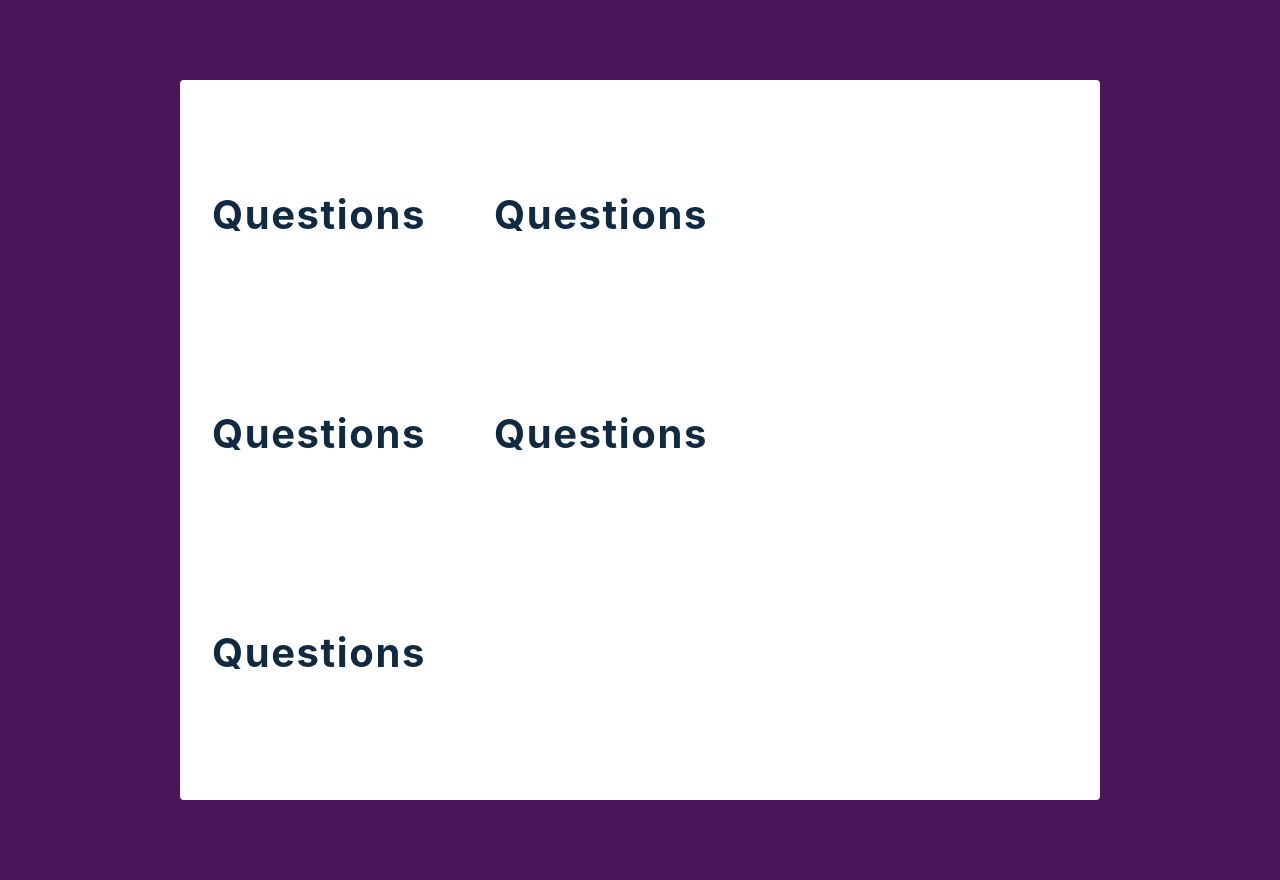
Repository: Reghanoid/Accordion
Page: /
These files come from the project's save history. The page is drawn as it stood at one moment and after the next save; the edit follows.
The browser window is 1280 px wide. The pictures show the whole page.
The project was rebuilt for these pictures with package versions that can differ from the ones it lists, and the page was loaded fresh each time.

Above is the page before, as saved 2022-06-06 15:31:37.

### src/App.js
import React, { useState } from 'react'
import data from './data'
import SingleQuestion from './Question'
function App() {
  const question = data.map((datum) => {
    const { key, title, info } = datum
    return <SingleQuestion id={key} title={title} info={info} />
  })
  return <main className='container'>{question}</main>
}

export default App

### src/data.js
const questions = [
  {
    id: 1,
    title: 'Do I have to allow the use of cookies?',
    info:
      'Unicorn vinyl poutine brooklyn, next level direct trade iceland. Shaman copper mug church-key coloring book, whatever poutine normcore fixie cred kickstarter post-ironic street art.',
  },
  {
    id: 2,
    title: 'How do I change my My Page password?',
    info:
      'Coloring book forage photo booth gentrify lumbersexual. Migas chillwave poutine synth shoreditch, enamel pin thundercats fashion axe roof party polaroid chartreuse.',
  },
  {
    id: 3,
    title: 'What is BankID?',
    info:
      'Enamel pin fam sustainable woke whatever venmo. Authentic asymmetrical put a bird on it, lumbersexual activated charcoal kinfolk banjo cred pickled sartorial.',
  },
  {
    id: 4,
    title: 'Whose birth number can I use?',
    info:
      'Edison bulb direct trade gentrify beard lo-fi seitan sustainable roof party franzen occupy squid. Knausgaard cronut succulents, scenester readymade shabby chic lyft. Copper mug meh vegan gentrify.',
  },
  {
    id: 5,
    title: 'When do I recieve a password ordered by letter?',
    info:
      'Locavore franzen fashion axe live-edge neutra irony synth af tilde shabby chic man braid chillwave waistcoat copper mug messenger bag. Banjo snackwave blog, microdosing thundercats migas vaporware viral lo-fi seitan ',
  },
]
export default questions

### src/Question.js
import React, { useState } from 'react'
import { AiOutlineMinus, AiOutlinePlus } from 'react-icons/ai'
const Question = (props) => {
  const [expand, setExpand] = useState(false)

  return (
    <>
      <h2>Questions</h2>
    </>
  )
}

export default Question

Loaded but not shown: public/index.html (common file); src/index.js (common file); src/index.css (common file)

After the next save:
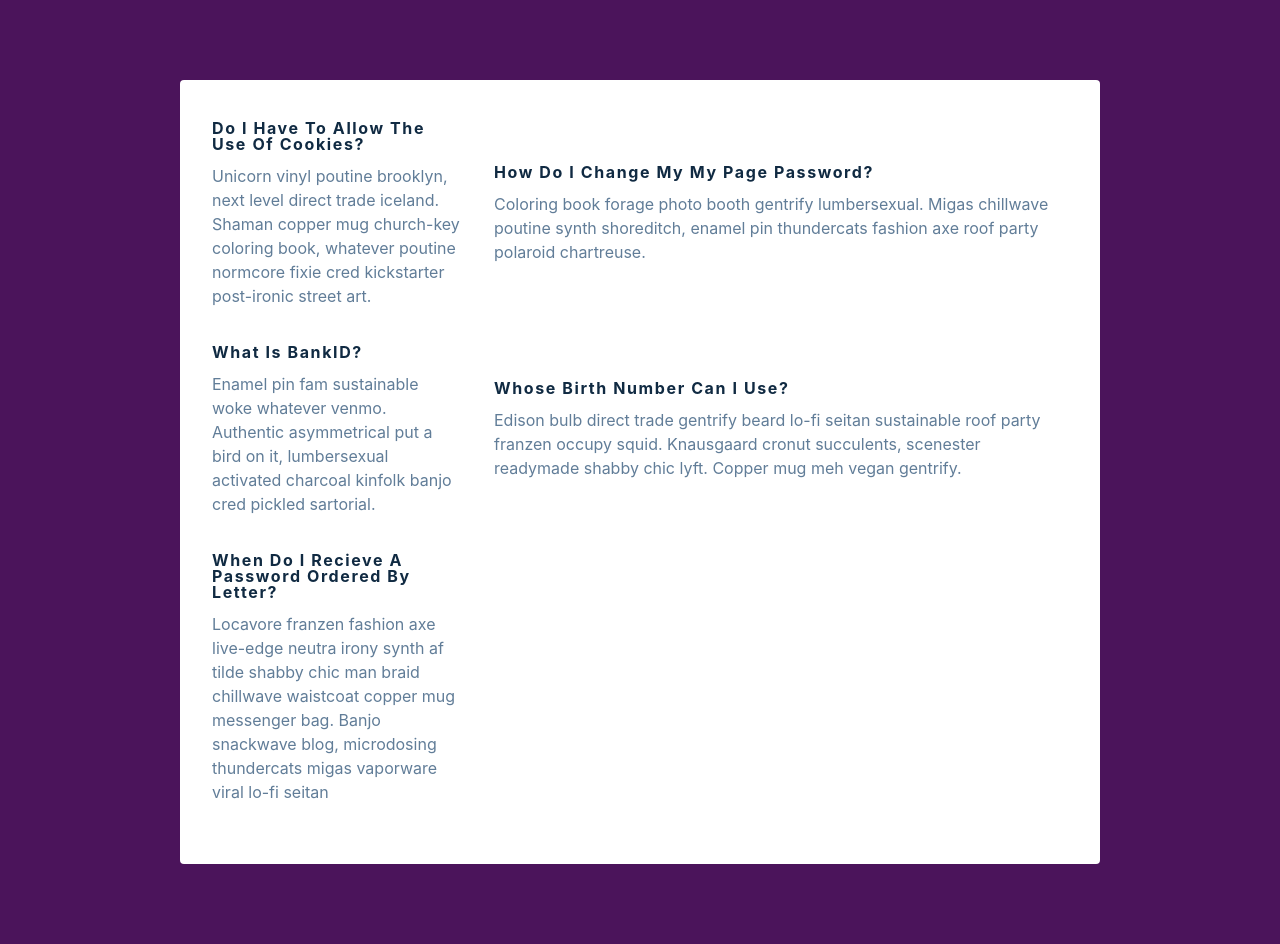
Saved 80 s later.
--- a/src/Question.js
+++ b/src/Question.js
@@ -5,7 +5,10 @@ const Question = (props) => {
 
   return (
     <>
-      <h2>Questions</h2>
+      <section>
+        <h4> {props.title} </h4>
+        <p> {props.info} </p>
+      </section>
     </>
   )
 }
